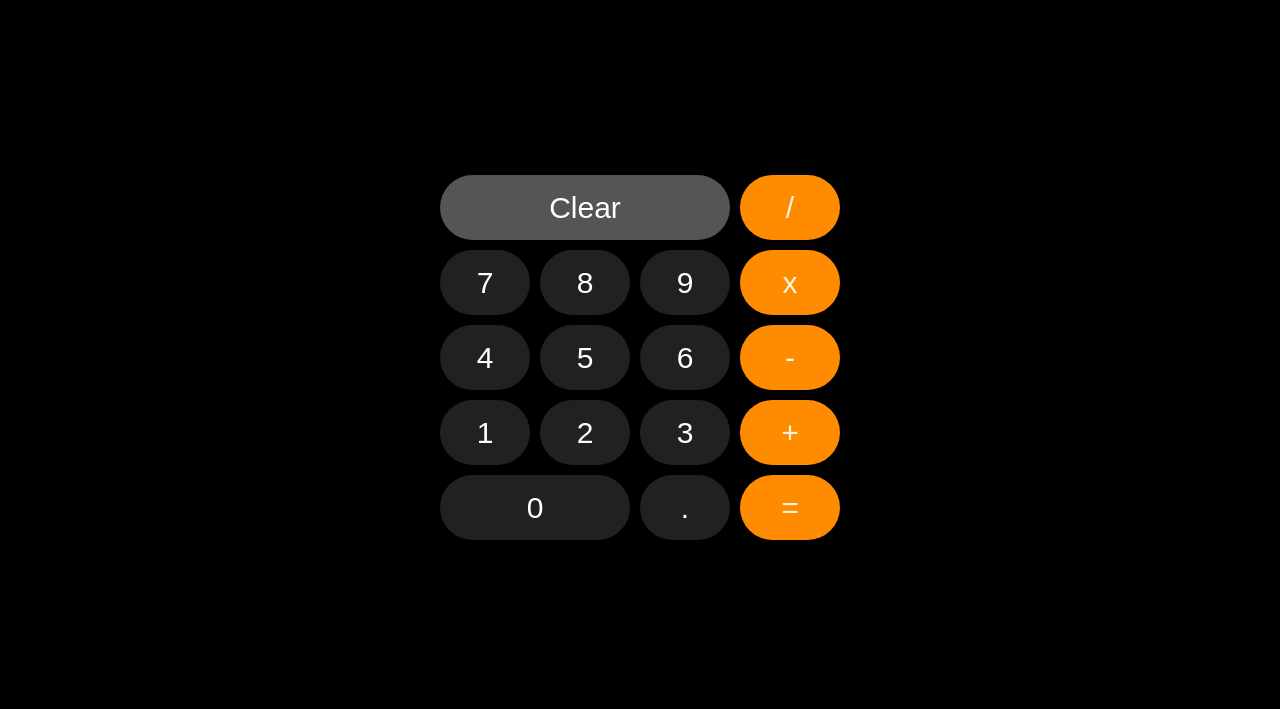
Repository: kocokoy/Calculator
Page: index.html
An editor plug-in stored every save of this project. The page is shown before and after the next save, followed by the edit.
The browser window is 1280 px wide. The pictures show the whole page.
After loading, the first visible `button.clear-button` was clicked once.

Above is the page before, as saved 2024-10-23 08:47:02.
Console error: TypeError: Failed to execute 'appendChild' on 'Node': parameter 1 is not of type 'Node'.

### index.html
<!DOCTYPE html>
<html lang="en">
<head>
  <meta charset="UTF-8">
  <meta name="viewport" content="width=device-width, initial-scale=1.0">
  <link rel="stylesheet" href="/style.css">
  <title>Document</title>
</head>
<body>
  <div class="container">
    <div class="output-number">
      <div class="number"></div>
    </div>
    <div class="calculator-container">
      <div class="number-and-clear-container">
        <div class="clear-button-container">
        </div>
        <div class="number-container">

        </div>
        <div class="zero-button-container">
        </div>
      </div>
      <div class="operator-container"></div>
    </div>
  </div>
  <script src="/script.js"></script>
</body>
</html>

### style.css
body{
  padding: 0;
  margin: 0;
  height: 100%;
  background-color: black;
  font-family: Arial, Helvetica, sans-serif;
}
button{
  border: none;
  border-radius: 100px;
  height: 65px;
  margin: 0;
  padding: 0;
  font-size: 30px;
  cursor: pointer;
}
.container{
  display: flex;
  align-items: center;
  justify-content: center;
  flex-direction: column;
  height: 100vh;
}
.calculator-container{
  display: flex;
  align-items: center;
  justify-content: center;
}
.number-and-clear-container{
  height: 450px;
  width: 300px;
  display: block;
}
.clear-button-container{
  display: grid;
  grid-template-columns: 1fr;
  margin-bottom: 10px;
}
.clear-button-container button{
  margin-right: 10px;
  background-color: rgb(85, 85, 85);
  color: rgb(255, 255, 255);
}
.number-container{
  display: grid;
  grid-template-columns: 1fr 1fr 1fr;
  direction: rtl;
}
.number-container button{
  margin-bottom: 10px;
  margin-right: 10px;
  background-color: hsl(0, 0%, 13%);
  color: white;
}
.zero-button-container{
  display: grid;
  grid-template-columns: 1fr 100px;
}
.zero-button-container button{
  margin-right: 10px;
  background-color: hsl(0, 0%, 13%);
  color: white;
}

.operator-container{
  height: 450px;
  width: 100px;
  display: flex;
  flex-direction: column;
}
.operator-container button{
  font-size: 30px;
  margin-bottom: 10px;
  color: beige;
  background-color: hsl(33, 100%, 50%);
}

.output-number{
  height: 70px;
  width: 395px;
  margin-bottom: 10px;
  display: flex;
  justify-content: end;
  font-size: 70px;
  color: white;
}

### script.js
const calculatorButton = ['Clear',1,2,3,4,5,6,7,8,9,0,'.'];
const operatorContent = ['/','x','-','+','='];
const numberContainer = document.querySelector('.number-container');
const clearButtonContainer = document.querySelector('.clear-button-container');
const zeroButtonContainer = document.querySelector('.zero-button-container');
const operatorContainer = document.querySelector('.operator-container');
const outputElement = document.querySelector('.number');
// const number = document.querySelector('.number');

let num1 = '';
let num2 = '';
let operator = '';
let result = 0;
let equals ='';
let html = '';
displayButton();


function displayButton(){
  const descendedNumber = calculatorButton.sort((a,b) => b-a)
  for(const num of descendedNumber){
    const button = document.createElement('button');
    if(num === 'Clear'){
      button.classList.add('clear-button');
      button.textContent = num;
      clearButtonContainer.appendChild(button);
    }else if(num === 0 || num === '.'){
      button.classList.add('zero-button');
      button.textContent = num;
      zeroButtonContainer.appendChild(button);
    }else{
      button.classList.add('number-button');
      button.textContent = num;
      numberContainer.appendChild(button);
    }
  }

  operatorContent.forEach(operand => {
    const button = document.createElement('button');
    button.classList.add('operator-button');
    button.textContent = operand;
    operatorContainer.appendChild(button);
  });

  buttonsClicked();
}

function buttonsClicked(){
  const operatorButton = document.querySelectorAll('.operator-button');
  operatorButton.forEach((operButton,i) => {
    operButton.addEventListener('click', () => {
      if(operButton.textContent != '='){
        operator = operButton.textContent;
        outputElements(operator);
      }else{
        if(num1 && num2 && operator){
          equals = operButton.textContent;
          if(equals === '='){
            console.log(equals);
            console.log(`${num1}${operator}${num2}`)
            operate(num1,num2,operator);
          }
        }
      }

    })
  })
}

const numberButton = document.querySelectorAll('.number-button');
numberButton.forEach((numButton,i) => {
  numButton.addEventListener('click', () => {
    console.log(numButton);
    if (operator === '') {
      num1 += numButton.textContent;
      outputElements(numButton.textContent);
      console.log('Num1:', num1);
    } else {
      num2 += numButton.textContent;
      outputElements(numButton.textContent);
      console.log('Num2:', num2);
    }
  })
})

const clearButton = document.querySelector('.clear-button');
clearButton.addEventListener('click',() => {
  clearContent();
  outputElement.textContent = '';
  numberContainer.appendChild(html);
  displayButton();
})

function clearContent(){
  num1 = '';
  num2 = '';
  operator = '';
  result = 0;
  equals ='';
  html = '';
  // outputElement.textContent = '';
  console.log(num1);
  console.log(num2);
}


function outputElements(a){
  if(num1 && num2 && operator && equals){
    outputElement.textContent = '';
    outputElement.textContent = a;
    clearContent();
  }else{
    html+=a;
    console.log(html);
    outputElement.textContent = html;
  }
}

function operate(num1,num2,operator){
  number1 = parseInt(num1,10);
  number2 = parseInt(num2,10);
  if(operator === '+'){
    addOperator(number1,number2);
  }else if(operator === '-'){
    minusOperator(number1,number2);
  }else if(operator === '*'){
    timesOperator(number1,number2);
  }else if(operator === '/'){
    divideOperator(number1,number2);
  }
}

const addOperator = (a,b) => {
  console.log(a,b);
  result = a + b;
  outputElements(result);
  return console.log(result);
}

const minusOperator = (a,b) => {
  result = a-b;
  outputElements(result);
  return console.log(result);
}

const timesOperator = (a,b) => {
  result = a*b;
  outputElements(result);
  return console.log(result);
}

const divideOperator = (a,b) => {
  sum = a/b;
  outputElements(result);
  return console.log(result);
}

After the next save:
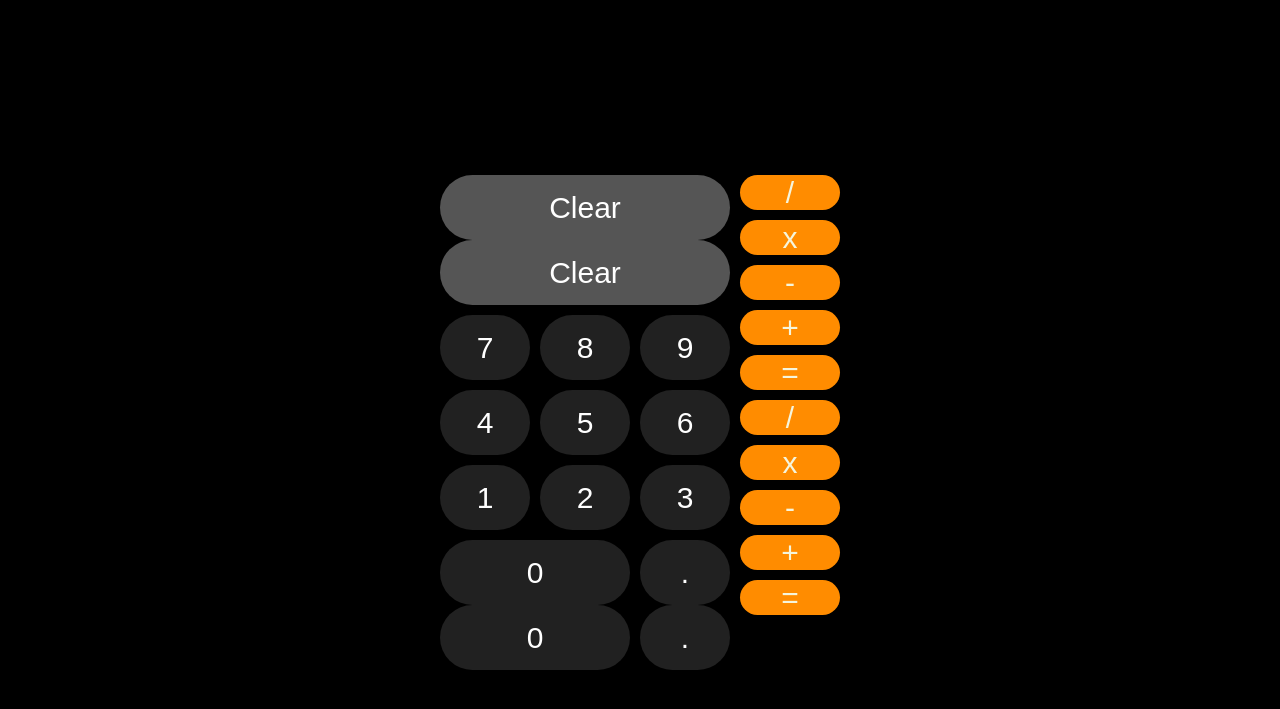
The error is gone.
Saved 2 min 37 s later.
--- a/script.js
+++ b/script.js
@@ -87,7 +87,7 @@ const clearButton = document.querySelector('.clear-button');
 clearButton.addEventListener('click',() => {
   clearContent();
   outputElement.textContent = '';
-  numberContainer.appendChild(html);
+  numberContainer.innerHTML = '';
   displayButton();
 })
 
